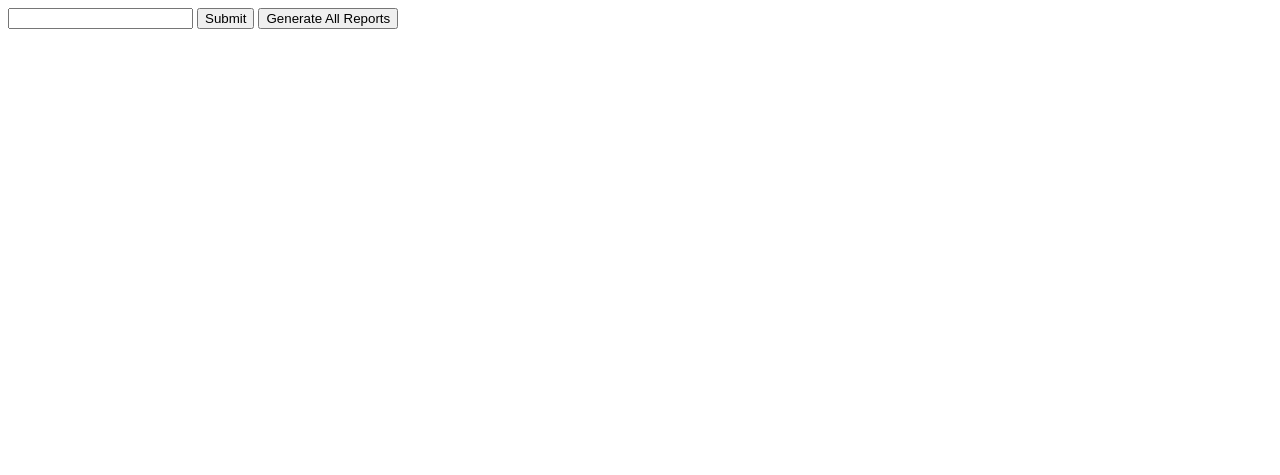
Repository: vjbrocode/Hackathon
Page: http://localhost/TNEB_billing/BillReport.jsp
An editor plug-in stored every save of this project. The page is shown before and after the next save, followed by the edit.
The browser window is 1280 px wide. The pictures show the whole page.
Pictures or frames that could not be fetched are drawn as grey boxes. The page is served by Tomcat 9. Other server files are loaded and not shown.

Above is the page before, as saved 2015-07-03 00:08:26.

### workspace-Pradeep/TNEB billing/WebContent/BillReport.jsp
<%@ page language="java" contentType="text/html; charset=ISO-8859-1"
    pageEncoding="ISO-8859-1"%>
<!DOCTYPE html PUBLIC "-//W3C//DTD HTML 4.01 Transitional//EN" "http://www.w3.org/TR/html4/loose.dtd">
<html>
<head>
<meta http-equiv="Content-Type" content="text/html; charset=ISO-8859-1">
<title>TNEB</title>
</head>
<body>
<form action="serv/bill" method="post">
	 <input type="text" value=""  name="report" />
 	 <input type="submit" value="Submit" />
  	 <input type="submit" value="Generate All Reports" name="report" />
 </form>
</body>
</html>

After the next save:
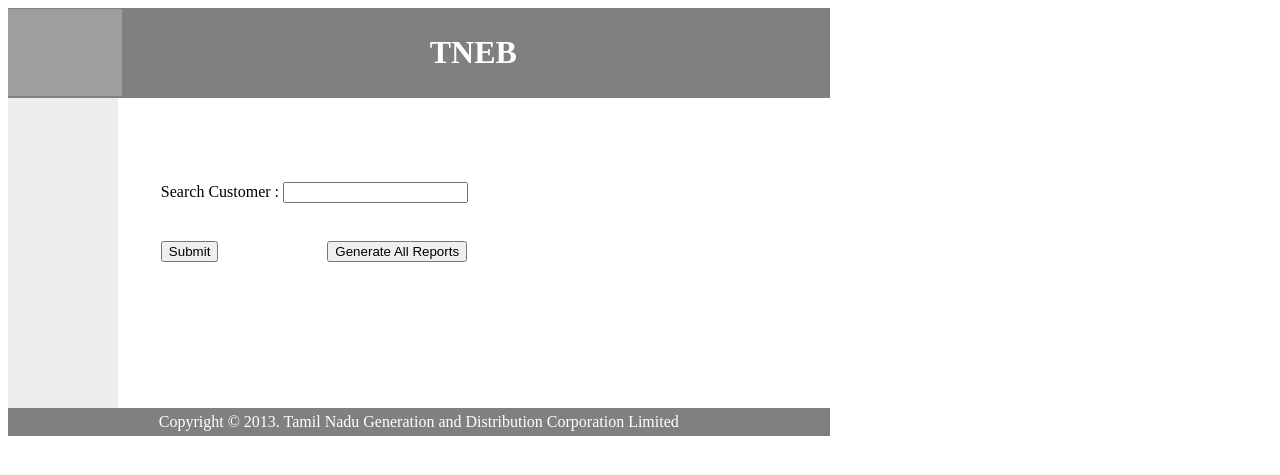
Saved 37 min 12 s later.
--- a/workspace-Pradeep/TNEB billing/WebContent/BillReport.jsp
+++ b/workspace-Pradeep/TNEB billing/WebContent/BillReport.jsp
@@ -1,16 +1,63 @@
 <%@ page language="java" contentType="text/html; charset=ISO-8859-1"
-    pageEncoding="ISO-8859-1"%>
+   pageEncoding="ISO-8859-1"%>
 <!DOCTYPE html PUBLIC "-//W3C//DTD HTML 4.01 Transitional//EN" "http://www.w3.org/TR/html4/loose.dtd">
 <html>
-<head>
-<meta http-equiv="Content-Type" content="text/html; charset=ISO-8859-1">
-<title>TNEB</title>
-</head>
-<body>
-<form action="serv/bill" method="post">
-	 <input type="text" value=""  name="report" />
- 	 <input type="submit" value="Submit" />
-  	 <input type="submit" value="Generate All Reports" name="report" />
- </form>
-</body>
+   <head>
+      <meta http-equiv="Content-Type" content="text/html; charset=ISO-8859-1">
+      <title>TNEB</title>
+      <style>
+	     #container{
+			width:65%;
+		 }
+         #header {
+         background-color:grey;
+         color:white;
+         text-align:center;
+         padding:5px;
+         }
+         #nav {
+         line-height:30px;
+         background-color:#eeeeee;
+         height:300px;
+         width:100px;
+         float:left;
+         padding:5px;
+         }
+         #section {
+         width:350px;
+         float:left;
+         padding:10px;
+		  margin-top: 9%;
+		  margin-left: 4%;
+         }
+         #footer {
+         background-color:grey;
+         color:white;
+         clear:both;
+         text-align:center;
+         padding:5px;
+         }
+      </style>
+   </head>
+   <body>
+      <form action="serv/bill" method="post">
+	  <div id="container">
+         <div id="header">
+			<img src="C:\Users\Administrator\Desktop\tneblogo.jpg" style="width: 114px; height: 87px; margin-top: -4px; margin-left: -5px; float: left;"/>
+            <h1>TNEB</h1>
+         </div>
+         <div id="nav">
+
+         </div>
+         <div id="section">
+             Search Customer : <input type="text" value=""  name="report" />
+ 	         <input type="submit" value="Submit" />
+  	         <input type="submit" value="Generate All Reports" name="report" style="margin-top: 11%; margin-left: 30%;" />
+         </div>
+         <div id="footer">
+           Copyright © 2013.  Tamil Nadu Generation and Distribution Corporation Limited
+         </div>
+		</div>
+      </form>
+   </body>
 </html>
